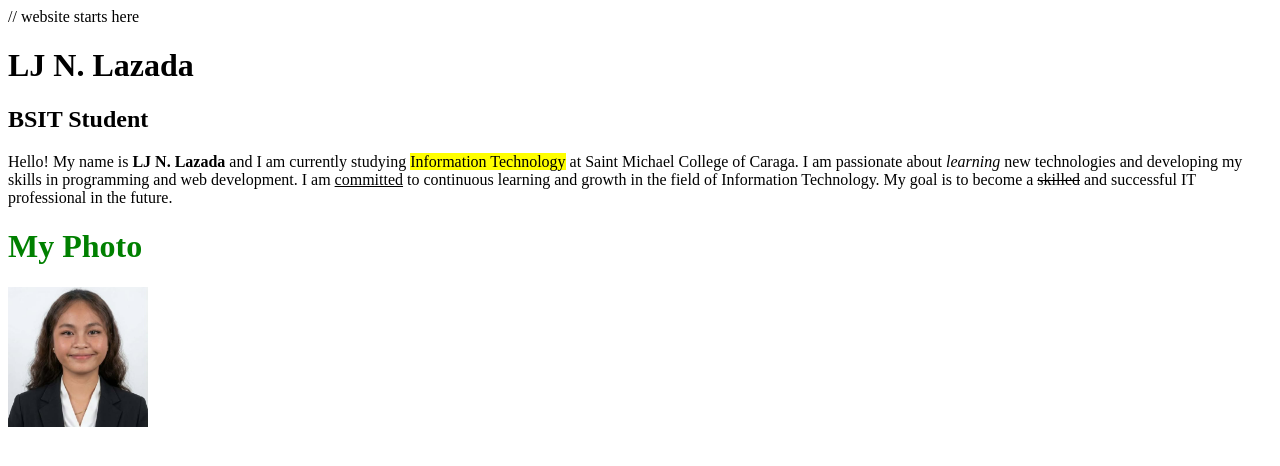
Repository: ljlazada11/myfirsthtml
Page: index.html
An editor plug-in stored every save of this project. The page is shown before and after the next save, followed by the edit.
The browser window is 1280 px wide. The pictures show the whole page.

Above is the page before, as saved 2026-06-24 19:20:01.

After the next save:
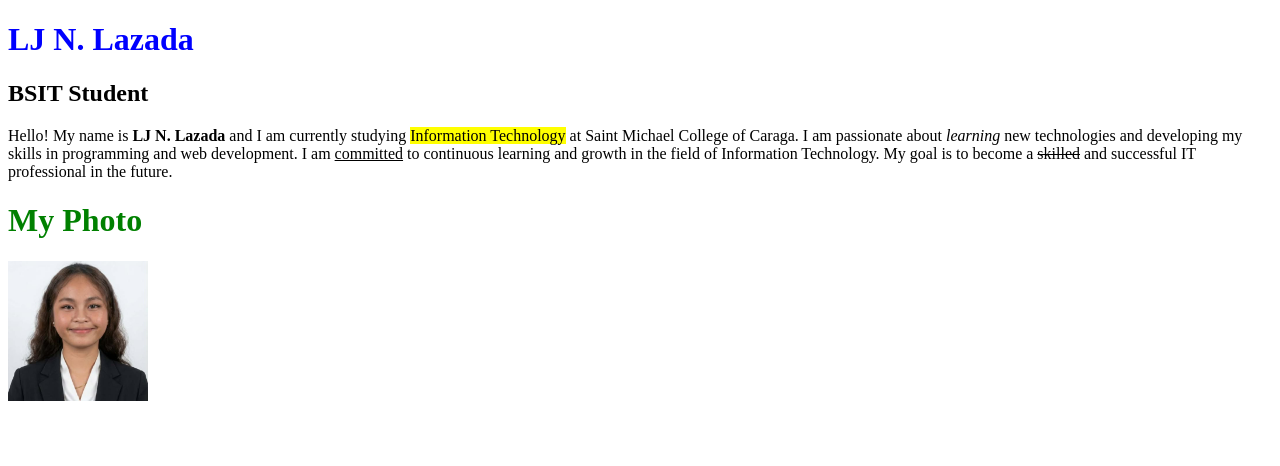
Saved 81 s later.
--- a/index.html
+++ b/index.html
@@ -3,13 +3,12 @@
 <head>
     <meta charset="UTF-8">
     <meta name="viewport" content="width=device-width, initial-scale=1.0">
-    <title style="color: blue;">My Personal Web Profile</title>
+    <title>My Personal Web Profile</title>
     <link rel="icon" type="image/x-icon" href="images.png">
-    // website starts here
 
 </head>
 <body>
-    <h1>LJ N. Lazada</h1>
+    <h1 style="color:blue;">LJ N. Lazada</h1>
     <h2>BSIT Student</h2>
     <p>Hello! My name is <strong>LJ N. Lazada</strong> and I am currently studying <mark>Information Technology</mark> at Saint Michael College of Caraga. I am passionate about <i>learning</i> new technologies and developing my skills in programming and web development. I am <ins>committed</ins> to continuous learning and growth in the field of Information Technology. My goal is to become a <del>skilled</del> and successful IT professional in the future.</p>
 </body>
